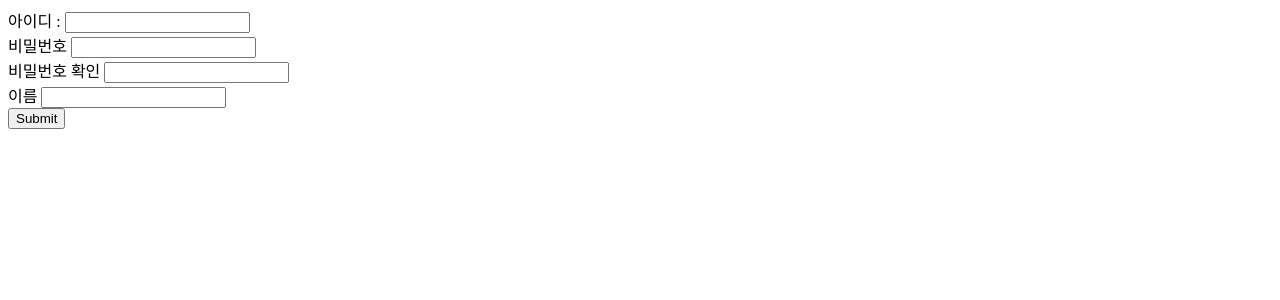
Repository: ih0615/NewJSP
Page: http://localhost/board/views/member/registerForm.jsp
The author's editor kept a copy of each file at every save. The page is drawn from the files as they stood at one save, then again after the next save.
The browser window is 1280 px wide. The pictures show the whole page.
The page is served by Tomcat 9. Nobody is signed in. The application's start-up code is not run. Other server files are loaded and not shown.

Above is the page before, as saved 2020-11-20 03:02:16.

### board/WebContent/views/member/registerForm.jsp
<%@ page language="java" contentType="text/html; charset=UTF-8" pageEncoding="UTF-8"%>
<!DOCTYPE html>
<html>
<head>
<meta charset="UTF-8">
<title>회원가입</title>
</head>
<body>
	<div>
		아이디 : <input type="text" />
	</div>
	<div>
		비밀번호 <input type="password" />
	</div>
	<div>
		비밀번호 확인 <input type="password" />
	</div>
	<div>
		이름 <input type="text" />
	</div>
	<input type="submit" />


</body>
</html>

After the next save:
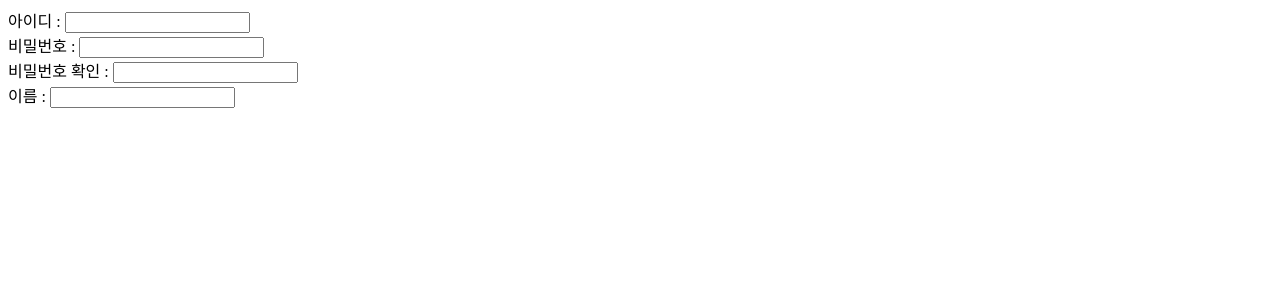
Saved 70 s later.
--- a/board/WebContent/views/member/registerForm.jsp
+++ b/board/WebContent/views/member/registerForm.jsp
@@ -6,20 +6,20 @@
 <title>회원가입</title>
 </head>
 <body>
-	<div>
-		아이디 : <input type="text" />
-	</div>
-	<div>
-		비밀번호 <input type="password" />
-	</div>
-	<div>
-		비밀번호 확인 <input type="password" />
-	</div>
-	<div>
-		이름 <input type="text" />
-	</div>
-	<input type="submit" />
-
+	<form action="">
+		<div>
+			아이디 : <input type="text" />
+		</div>
+		<div>
+			비밀번호 : <input type="password" />
+		</div>
+		<div>
+			비밀번호 확인 : <input type="password" />
+		</div>
+		<div>
+			이름 : <input type="text" />
+		</div>
+	</form>
 
 </body>
 </html>
